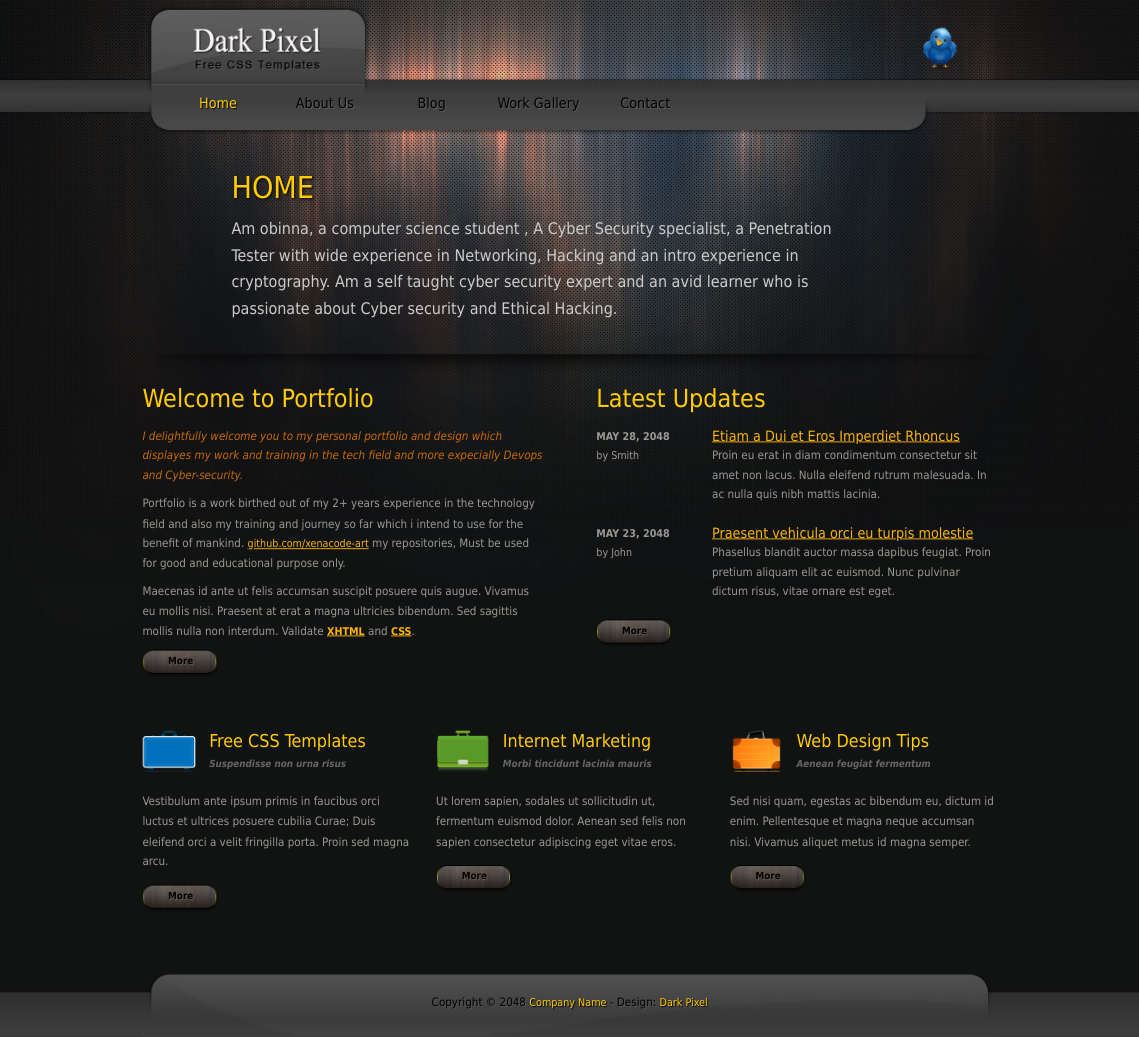
Repository: xenacode-art/Portfolio
Page: 2020_dark_pixel/index.html
An editor plug-in stored every save of this project. The page is shown before and after the next save, followed by the edit.
The browser window is 1280 px wide. The pictures show the whole page, at 89% of full size.
Pictures or frames that could not be fetched are drawn as grey boxes.

Above is the page before, as saved 2022-03-07 22:07:16.

After the next save:
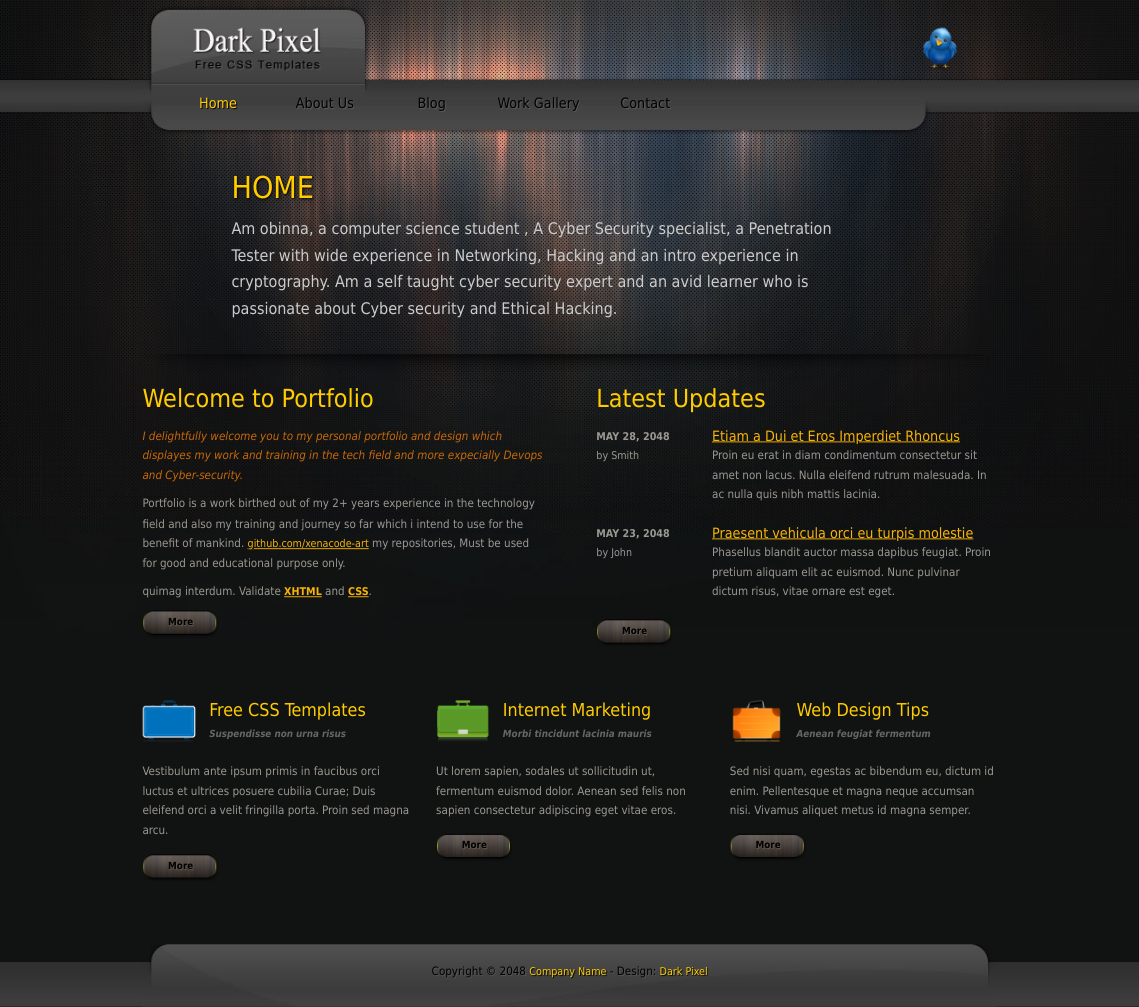
Saved 18 s later.
--- a/2020_dark_pixel/index.html
+++ b/2020_dark_pixel/index.html
@@ -50,7 +50,7 @@
                     <h2>Welcome to Portfolio</h2>
                     <p><em> I delightfully welcome you to my personal portfolio and design which displayes my work and training in the tech field and more expecially Devops and Cyber-security.</em></p>
                      <p>Portfolio is a work birthed  out of my 2+ years experience in the technology field and also my training and journey so far which i intend to use for the benefit of mankind. <a rel="nofollow" href="http://www.tooplate.com">github.com/xenacode-art</a> my repositories, Must be used for good and educational purpose only.<!----Credits go to <a rel="nofollow" href="http://www.vectorvaco.com">Free Vectors</a> for Vector Icons and <a rel="nofollow" href="http://www.photovaco.com">Free Photos</a> for photos used in this website template.</p> -->
-                    <p>Maecenas id ante ut felis accumsan suscipit posuere quis augue. Vivamus eu mollis nisi. Praesent at erat a magna ultricies bibendum. Sed sagittis mollis nulla non interdum. Validate <a href="http://validator.w3.org/check?uri=referer" rel="nofollow"><strong>XHTML</strong></a> and <a href="http://jigsaw.w3.org/css-validator/check/referer" rel="nofollow"><strong>CSS</strong></a>.</p>
+                    <p>quimag interdum. Validate <a href="http://validator.w3.org/check?uri=referer" rel="nofollow"><strong>XHTML</strong></a> and <a href="http://jigsaw.w3.org/css-validator/check/referer" rel="nofollow"><strong>CSS</strong></a>.</p>
                     <a class="more" href="#">More</a>
                 </div>
 
